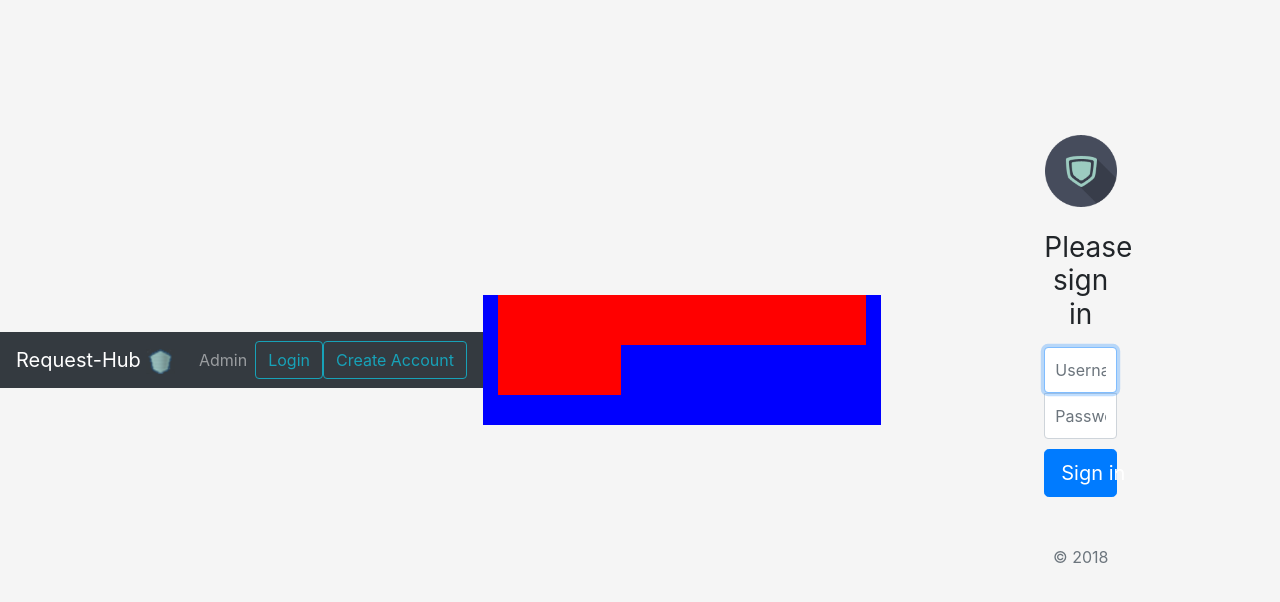
Repository: DonWhelan/Request-Hub
Page: http://localhost/view/userLogin.php
The author's editor kept a record of every edit. The page is drawn from the files as they stood at one moment, then again after the next edit.
The browser window is 1280 px wide. The pictures show the whole page.
The page is run by PHP 8.4 with error messages shown; the project is at /var/www/html/.

Above is the page before.

After the next edit:
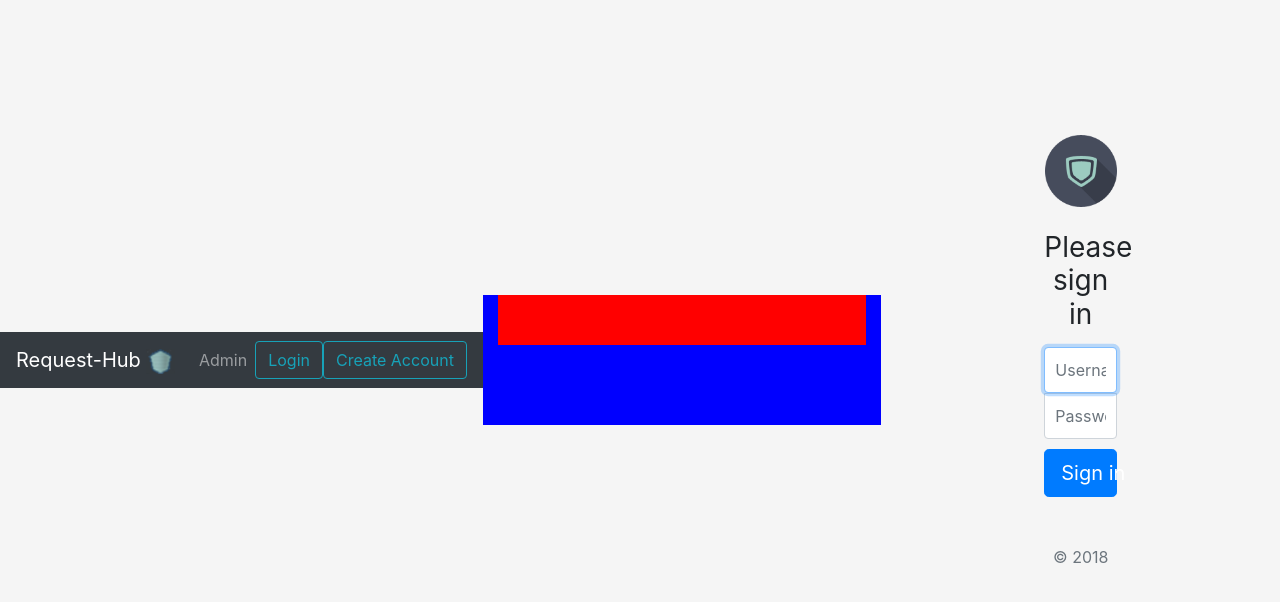
The edit:
--- a/view/userLogin.php
+++ b/view/userLogin.php
@@ -29,9 +29,6 @@
                 <div id="messageBox" class="col-md-12" style="height:50px; background:red">
                     <?php include("../controler/messageBox.php"); ?>
                 </div>
-                <div id="messageBox" class="col-md-4" style="height:50px; background:red">
-                    <?php include("../controler/messageBox.php"); ?>
-                </div>
             </div>
         </div>
     </div>
